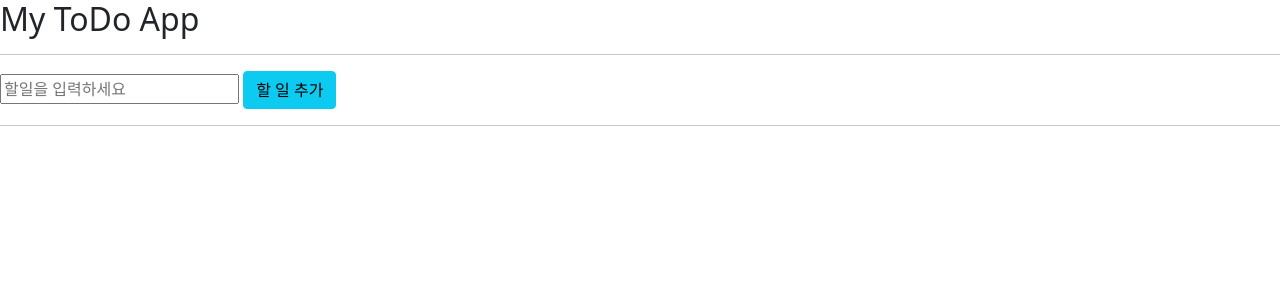
Repository: kiyongee2/kh-jsp
Page: http://localhost/jwbook/ch03/todolist.jsp
The author's editor kept a copy of each file at every save. The page is drawn from the files as they stood at one save, then again after the next save.
The browser window is 1280 px wide. The pictures show the whole page.
The page is served by Tomcat 9.

Above is the page before, as saved 2023-11-18 09:07:30.

After the next save:
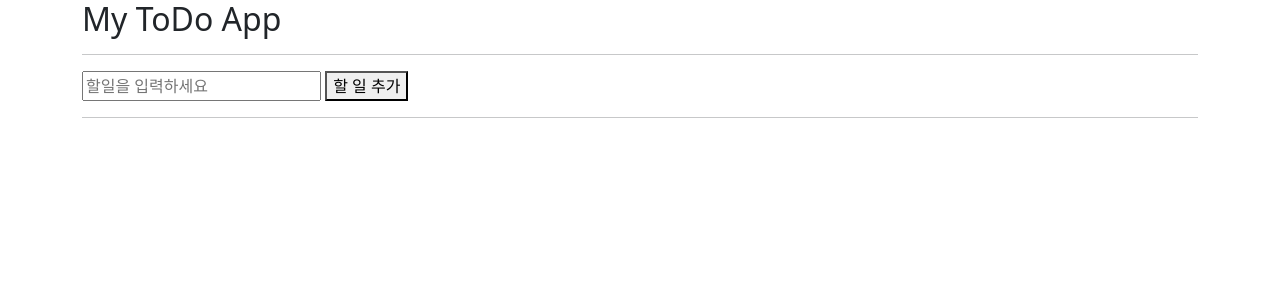
Saved 70 s later.
--- a/jwbook/src/main/webapp/ch03/todolist.jsp
+++ b/jwbook/src/main/webapp/ch03/todolist.jsp
@@ -8,11 +8,11 @@
 <link rel="stylesheet" href="../resources/css/bootstrap.css">
 </head>
 <body>
-	<div>
+	<div class="container">
 		<h2>My ToDo App</h2>
 		<hr>
 			<input id="item" type="text" placeholder="할일을 입력하세요">
-			<button type="button" onclick="addItem()" class="btn btn-info">할 일 추가</button>
+			<button type="button" onclick="addItem()">할 일 추가</button>
 		<hr>
 		<ul id="todolist"></ul>
 	</div>
